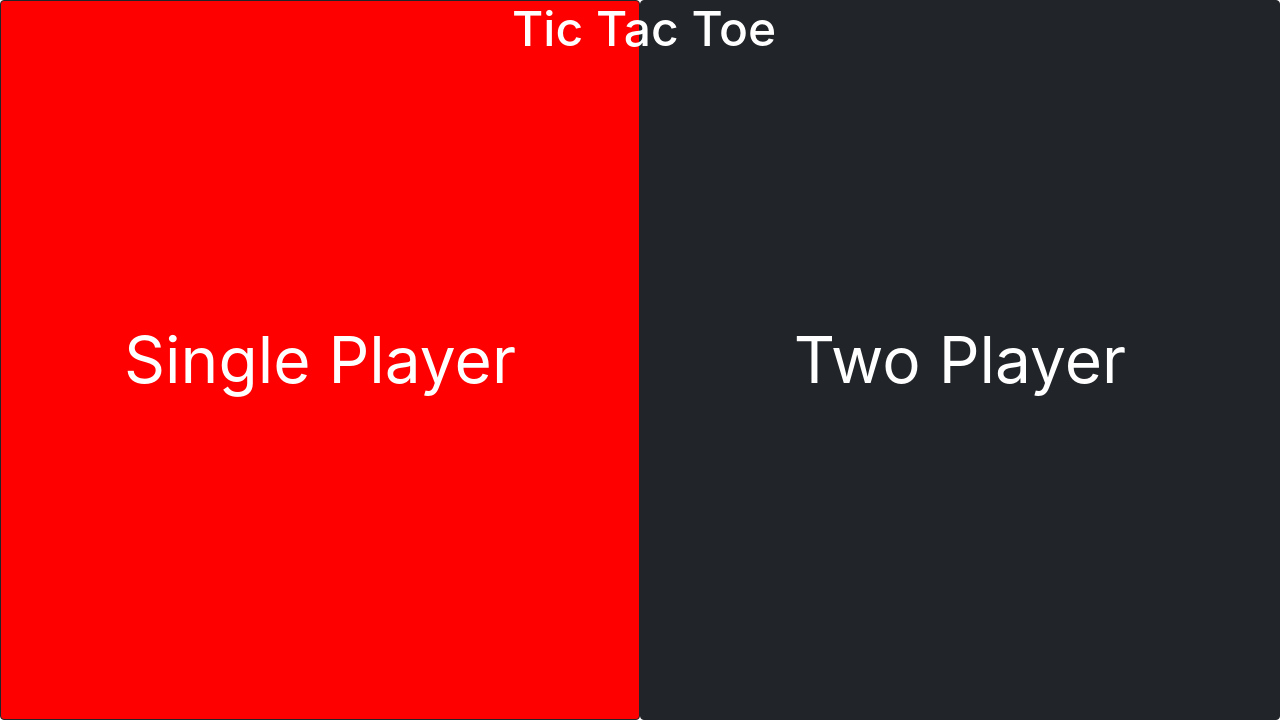
Repository: napan24/tic-tac-toe
Page: /
The author's editor kept a copy of each file at every save. The page is drawn from the files as they stood at one save, then again after the next save.
The browser window is 1280 px wide. The pictures show the whole page.
The project was rebuilt for these pictures with package versions that can differ from the ones it lists, and the page was loaded fresh each time. Also part of the build but not shown: src/App.css, src/tik.css, src/App.js, src/Vscomp.js.

Above is the page before, as saved 2022-06-16 18:04:36.

After the next save:
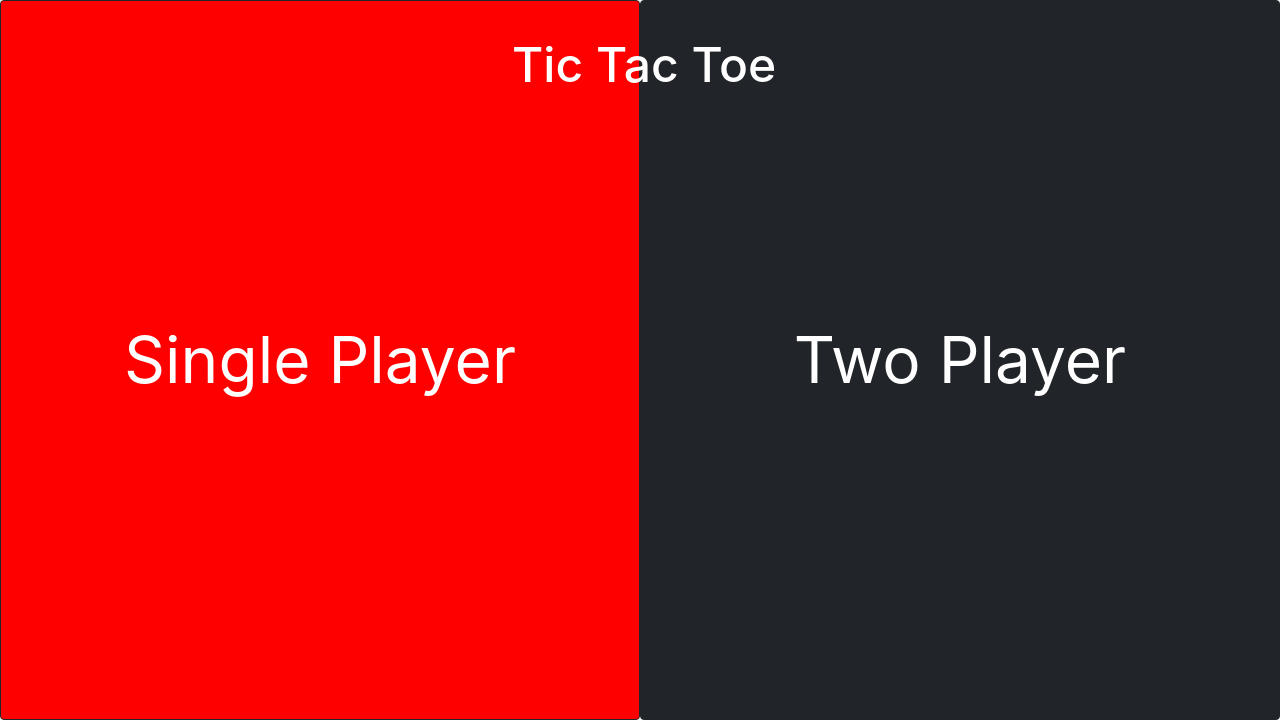
Saved 8 s later.
--- a/src/Home.js
+++ b/src/Home.js
@@ -2,7 +2,7 @@ import React from 'react';
 export default function () {
   return (
     <>
-        <h5 style={{fontSize:"3rem",position:"absolute",left:"40vw",color:"white"}}>
+        <h5 style={{fontSize:"3rem",position:"absolute",left:"40vw",color:"white",top:"5vh"}}>
             Tic Tac Toe
         </h5>
         <button type="button" class="btn btn-dark" style={{width:"50vw",height:"100vh",backgroundColor:"red",fontSize:"4rem"}}>
